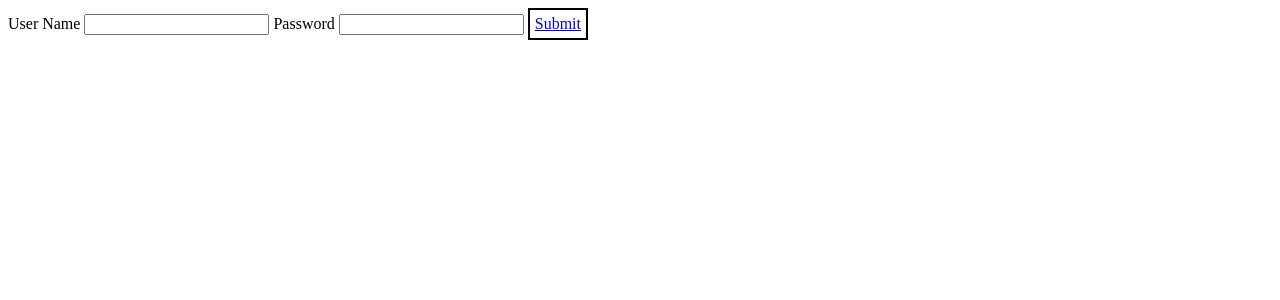
Repository: Nitin-Kalshetty/Training_Java
Page: myServletApp/src/main/webapp/index.html
The author's editor kept a copy of each file at every save. The page is drawn from the files as they stood at one save, then again after the next save.
The browser window is 1280 px wide. The pictures show the whole page.

Above is the page before, as saved 2023-05-24 18:51:58.

After the next save:
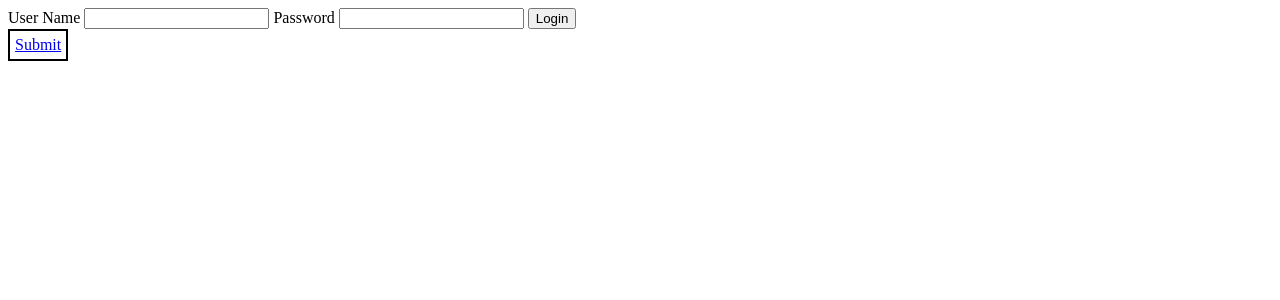
Saved 4 min 31 s later.
--- a/myServletApp/src/main/webapp/index.html
+++ b/myServletApp/src/main/webapp/index.html
@@ -19,10 +19,18 @@
 </style>
 <body>
 <div class="divId">
-<label class="styleBlock">User Name</label>
+
+<form name="loginForm" method="post" action="loginServlet">
+   <label class="styleBlock">User Name</label>
 <input class="styleBlock" name="user"></input>
 <label class="styleBlock">Password</label>
 <input class="styleBlock" type="password" name="pass"></input>
+    <input type="submit" value="Login" />
+</form>
+
+
+
+
 <a class="styleBlock" id="btn" href="myNewServlet">Submit</a>
 </div>
 

After the save that followed:
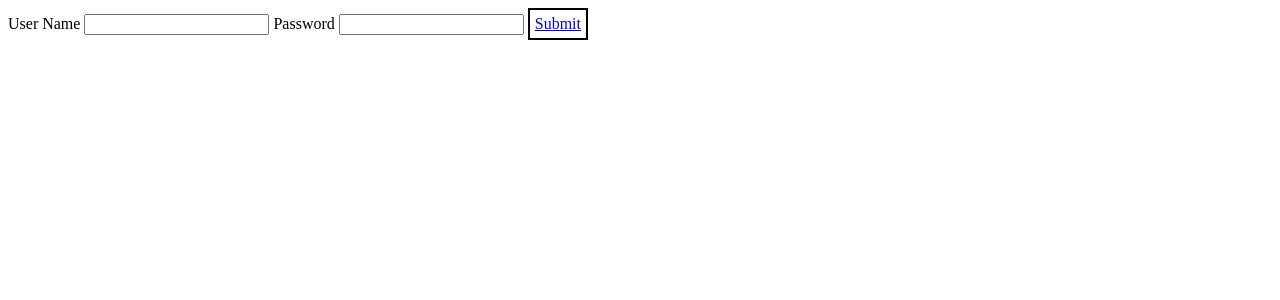
Saved 86 s later.
--- a/myServletApp/src/main/webapp/index.html
+++ b/myServletApp/src/main/webapp/index.html
@@ -20,18 +20,18 @@
 <body>
 <div class="divId">
 
-<form name="loginForm" method="post" action="loginServlet">
+<form  method="post" >
    <label class="styleBlock">User Name</label>
 <input class="styleBlock" name="user"></input>
 <label class="styleBlock">Password</label>
 <input class="styleBlock" type="password" name="pass"></input>
-    <input type="submit" value="Login" />
+<a class="styleBlock" id="btn" href="myNewServlet" type="submit">Submit</a>
 </form>
 
 
 
 
-<a class="styleBlock" id="btn" href="myNewServlet">Submit</a>
+
 </div>
 
 
